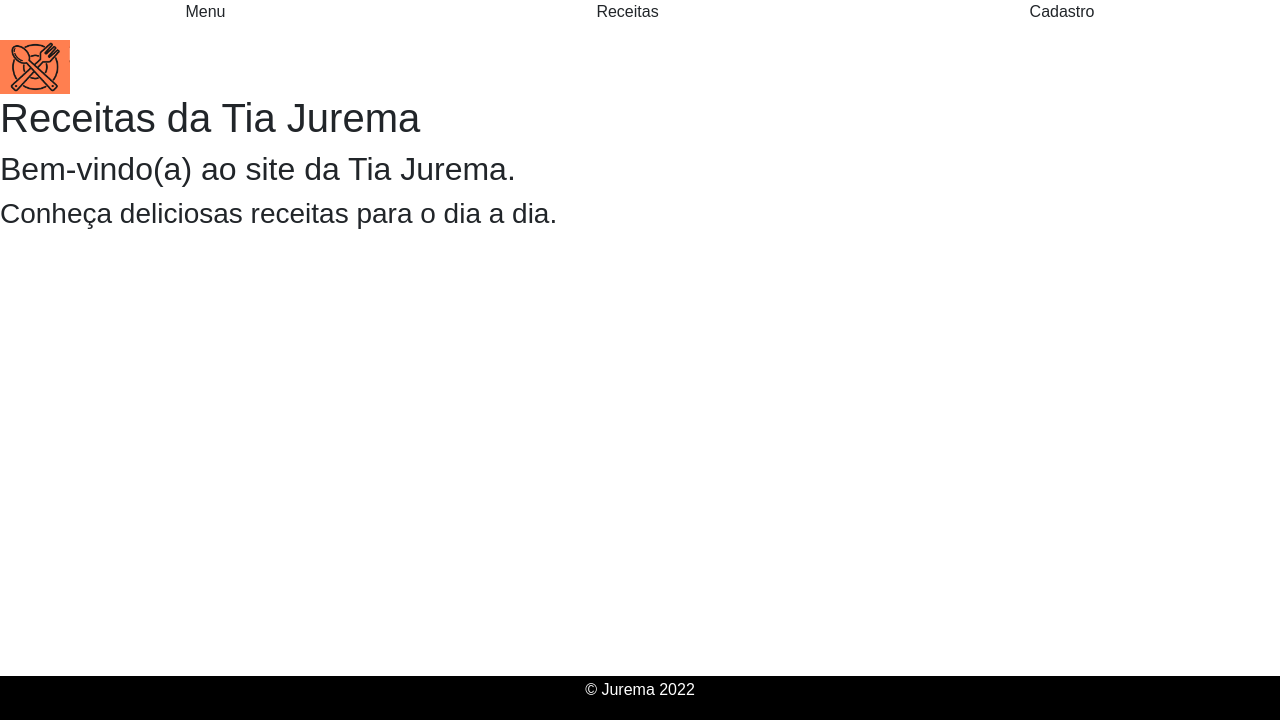
Repository: devropaes/RECEITAS
Page: OneDrive/Área de Trabalho/Estudos/Estácio/receitas/menu.html
An editor plug-in stored every save of this project. The page is shown before and after the next save, followed by the edit.
The browser window is 1280 px wide. The pictures show the whole page.
Some web fonts or font styles are not loaded; a fallback is used. Some web libraries are served in a nearby version.

Above is the page before, as saved 2024-03-11 23:29:52.

### OneDrive/Área de Trabalho/Estudos/Estácio/receitas/menu.html
<!DOCTYPE html>
<html lang="pt-br" ></html>
<head>
  <head>
    <meta charset="UTF-8">
    <meta http-equiv="X-UA-Compatible" content="IE=edge">
    <meta name="viewport" content="width=device-width, initial-scale=1.0">
    <script src="https://kit.fontawesome.com/a076d05399.js" crossorigin="anonymous"></script>
    <link rel="stylesheet" href="./menu.css">
    <link rel="stylesheet" href="./assets/Foto3.png">
    <link rel="stylesheet" href="https://cdn.jsdelivr.net/npm/bootstrap@4.3.1/dist/css/bootstrap.min.css" integrity="sha384-ggOyR0iXCbMQv3Xipma34MD+dH/1fQ784/j6cY/iJTQUOhcWr7x9JvoRxT2MZw1T" crossorigin="anonymous">
    <title>Menu</title>
    <link rel="stylesheet" href="./menu.css">
    </head>
<body>

    <ul class="navlist">
      <li><a href="home.html">Menu</a></li>
      <li><a href="receitas.html">Receitas</a></li>
      <LI><a href="cadastro.html">Cadastro</a></LI>
    </ul>

        <img src="./assets/Foto3.png" alt="logo">
              <h1>Receitas da Tia Jurema</h1>
              <h2>Bem-vindo(a) ao site da Tia Jurema.</h2>
              <h3>Conheça deliciosas receitas para o dia a dia.</h3>



       </body>
    </main>

      <footer class="rodape">
           <p>&copy; Jurema 2022 </p>
      </footer>

### OneDrive/Área de Trabalho/Estudos/Estácio/receitas/menu.css

@import url('https://fonts.googleapis.com/css2?family=Krona+One&family=Montserrat:wght@400;600&display=swap');

: root {
    --cor-primaria:#ff7f50;
    --cor-secundaria:#333;
    --cor-terciaria:#000;
    --cor-hover:#fff;

    --font-primaria:var("Krona One",sans-serif);
    --font-secundaria:var("Montserrat",sans-serif);

}

*{
    marging: 0;
    padding: 0;
}

img {
    width: 70px;
    background-color: var(--cor-primaria);
    box-sizing: border-box;

}
.navlist {
    list-style: none;
    padding: 0;
    display: flex;
    justify-content: space-around;
    color: var(--cor-secundaria)

}

.navlist li {
    margin: 0;
  }

  .navlist a {
    text-decoration: none;
    color: var(--cor-secundaria) /* Adicione a cor desejada para os links */
  }

body {
    background-color: var(--cor-primaria);
    font-family: var(--font-primaria);
    font-size: 16px;
    text-decoration: none;
    text-justify: center;

}

header {
    text-decoration: none;
}

.cabecalho{
    background-color:var(--cor-primaria);
    font-family:var(--font-primaria) ;
    font-weight: 600;
    color: var(--cor-secundaria);
    padding: 10px;
    text-decoration: none;
}

.cabecalho__menu {
    background-color: var(--cor-primaria);
    font-family: var(--font-primaria);
    font-weight: 600;
    display: flex;
    justify-content: left;
    color: var(--cor-secundaria);
    text-decoration: none;

}


.cabecalho__menu__link {
    background-color: var(--cor-primaria);
    font-family: var(--font-primaria);
    font-weight: 600;
    color: var(--cor-secundaria);
    text-decoration: none;
    padding: 5px 10px;
    margin: 0 10px;
    pad: 50px;

}
.cabecalho__cadastro__link {
    background-color: var(--cor-primaria);
    font-family: var(--font-primaria);
    font-weight: 600;
    color: var(--cor-secundaria);
    text-decoration: none;
    padding: 5px 10px;
    margin: 0 10px;
    pad: 50px;
}


.apresentacao {
    font-family: var(--font-primaria);
    font-weight: 600;
    background-color:var(--cor-primaria);
    text-align: center;
    padding: 300px;
}

.apresentacao__conteudo {
    img: 33 x 32px;
    font-family: "Krona One", sans-serif;
    font-weight: 600;
    max-width: 600px;
    margin: 0 auto;
    pad: 60px;
}

.apresentacao__conteudo {
    font-family: "Krona One", sans-serif;
    font-weight: 600;
    color: #333;
    pad:62px;

}
.apresentacao__conteudo__titulo {
    justify-items:right;
    width: 60%;

}


.apresentacao__receitas__link {
    align-items: center;
    display:flex;
    gap: 16px;
    width: 50%;
    text-align: center;

}


.rodape {
    background-color: #000;
    color: #fff;
    text-align: center;
    padding: 2px;
    position: fixed;
    border-bottom: #fff;
    left: 0; /* Alteração aqui para fixar o rodapé no lado esquerdo */
    bottom: 0%;
    width: 100%;
    margin: 0%;
    max-width: 100%;

}

After the next save:
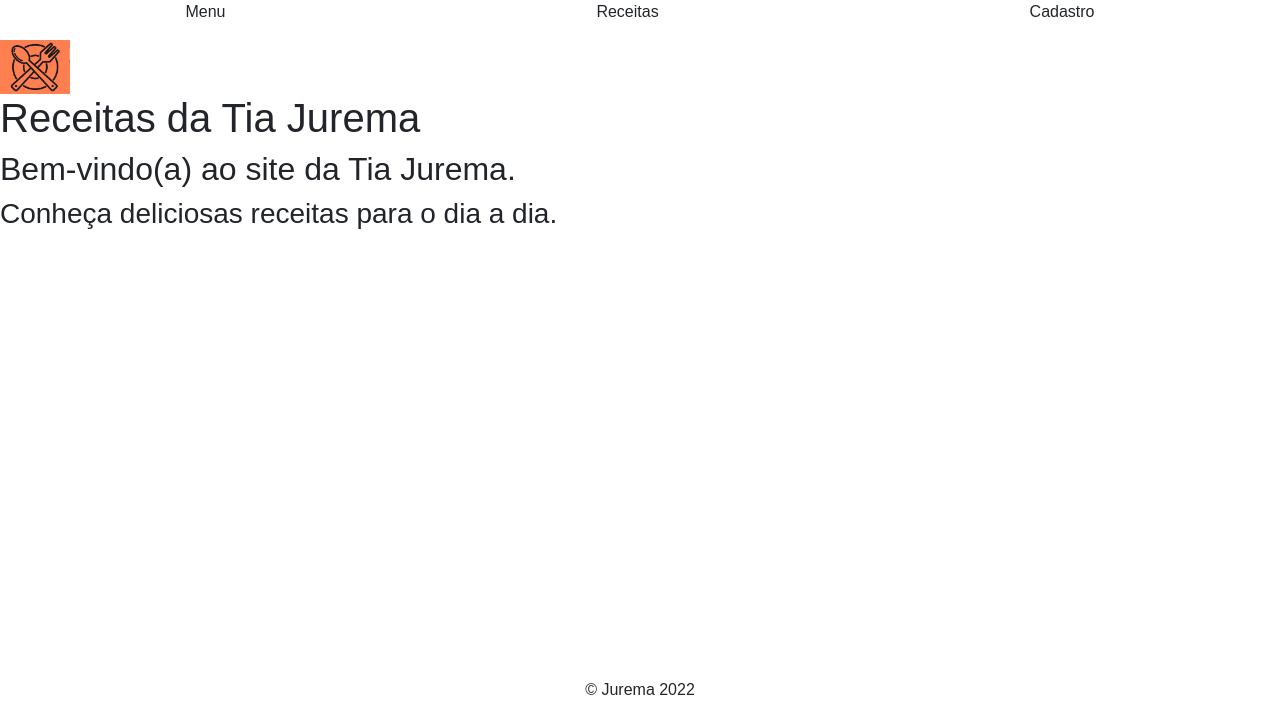
Saved 5 min 41 s later.
--- a/OneDrive/Área de Trabalho/Estudos/Estácio/receitas/menu.css
+++ b/OneDrive/Área de Trabalho/Estudos/Estácio/receitas/menu.css
@@ -140,12 +140,12 @@ header {
 
 
 .rodape {
-    background-color: #000;
-    color: #fff;
+    background-color: var(--cor-terciaria);
+    color: var(--cor-hover);
     text-align: center;
     padding: 2px;
     position: fixed;
-    border-bottom: #fff;
+    border-bottom: var(--cor-hover);
     left: 0; /* Alteração aqui para fixar o rodapé no lado esquerdo */
     bottom: 0%;
     width: 100%;
